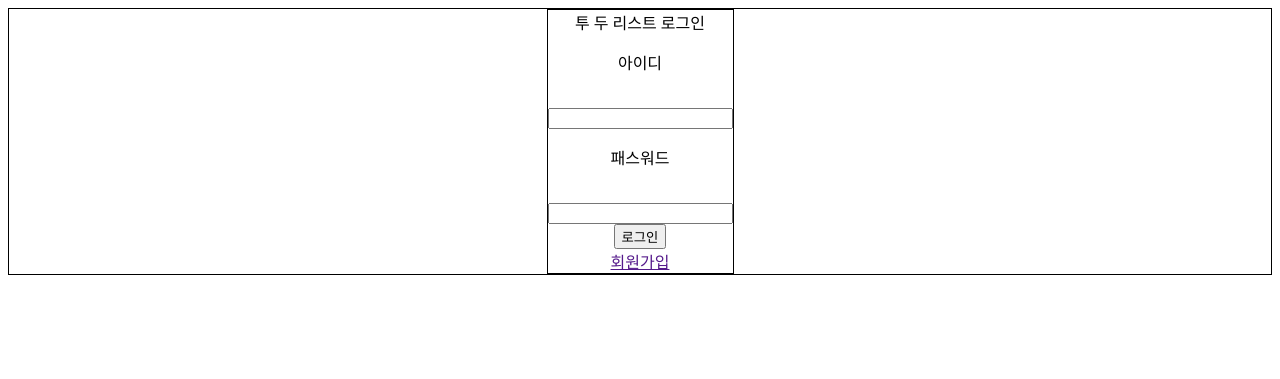
Repository: kdhleppa/server
Page: http://localhost/todoList/
An editor plug-in stored every save of this project. The page is shown before and after the next save, followed by the edit.
The browser window is 1280 px wide. The pictures show the whole page.
The page is served by Tomcat 9. Other server files are loaded and not shown.

Above is the page before, as saved 2023-09-26 03:39:30.

### todoList/src/main/webapp/index.jsp
<%@ page language="java" contentType="text/html; charset=UTF-8"
    pageEncoding="UTF-8"%>

<%@ taglib prefix="c" uri="http://java.sun.com/jsp/jstl/core"%>
<!DOCTYPE html>
<html>
<head>
<meta charset="UTF-8">
<title>todolist</title>

<link rel="stylesheet" href="/resources/css/main.css">
</head>
<body>
	<main>
	    <div id="container">
	    <div id="formcontainer"
	    <h1>투 두 리스트 로그인</h1>
	    <form action="/member/login">
	        <p>아이디</p><br>
	        <input type="text" name="inputId">
	        <p>패스워드</p><br>
	        <input type="password" name="inputPw">
	        <button>로그인</button>
	        <a href="">회원가입</a>
	    </form>
	    </div>
	    </div>
	</main>

</body>
</html>

### todoList/src/main/webapp/resources/css/main.css
@charset "UTF-8";

* {
    box-sizing: border-box;
}

div {
    border: 1px solid black;
}

#container {
    display: flex;
    justify-content: center;
    align-items: center;
    flex-direction: column;
}

form {
    display: flex;
    justify-content: center;
    align-items: center;
    flex-direction: column;
}

#formcontainer {
	display: flex;
    justify-content: center;
    align-items: center;
    flex-direction: column;
}

After the next save:
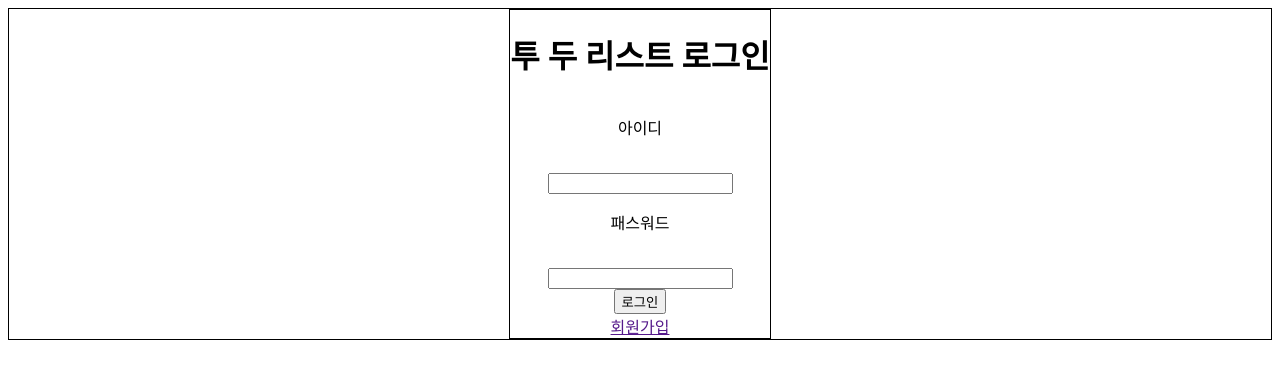
Saved 14 s later.
--- a/todoList/src/main/webapp/index.jsp
+++ b/todoList/src/main/webapp/index.jsp
@@ -13,7 +13,7 @@
 <body>
 	<main>
 	    <div id="container">
-	    <div id="formcontainer"
+	    <div id="formcontainer">
 	    <h1>투 두 리스트 로그인</h1>
 	    <form action="/member/login">
 	        <p>아이디</p><br>
